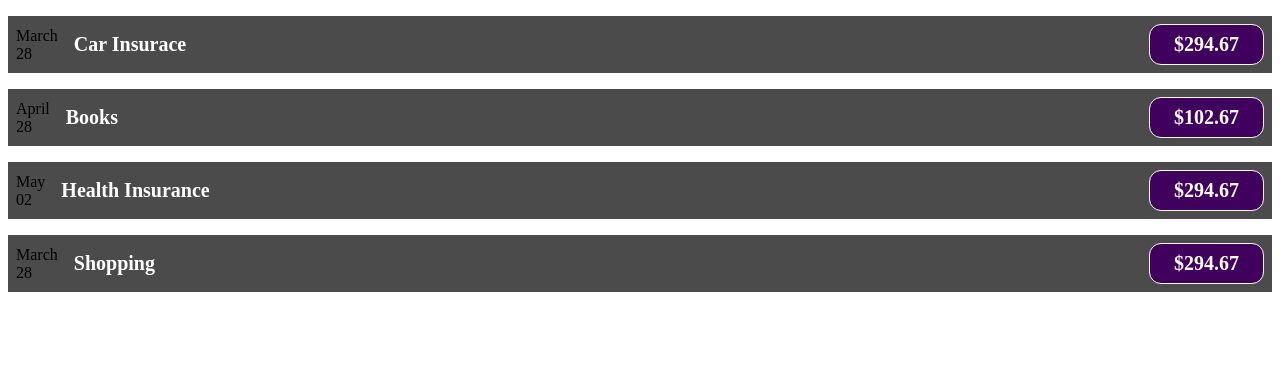
Repository: AbrorjonKuchkarov/expence-tracker-react
Page: /
These files come from the project's save history. The page is drawn as it stood at one moment and after the next save; the edit follows.
The browser window is 1280 px wide. The pictures show the whole page.
The project was rebuilt for these pictures with package versions that can differ from the ones it lists, and the page was loaded fresh each time. Also part of the build but not shown: src/App.css.

Above is the page before, as saved 2022-04-13 16:01:20.

After the next save:
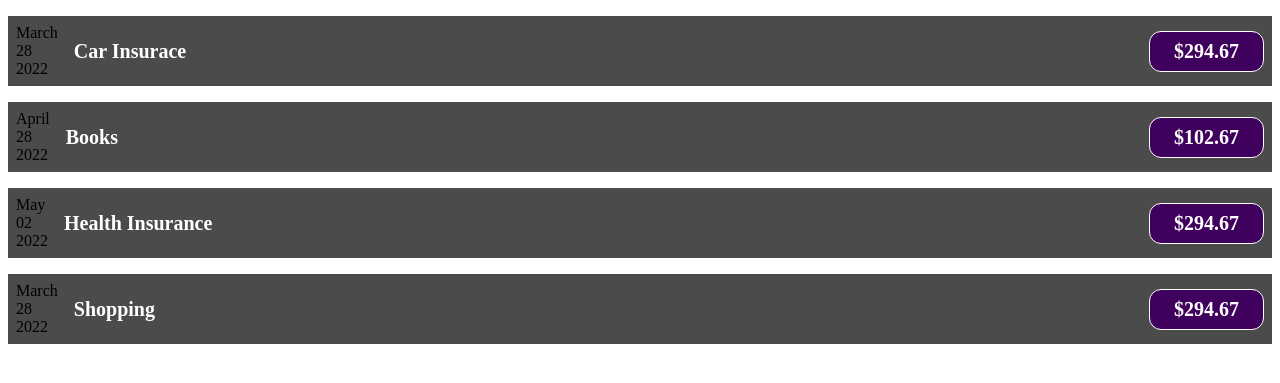
Saved 35 s later.
--- a/src/components/ExpenseItem.js
+++ b/src/components/ExpenseItem.js
@@ -4,12 +4,13 @@ import "./ExpenseItem.css";
 const ExpenseItem = (props) => {
   const month = props.date.toLocaleString("en-US", { month: "long" });
   const day = props.date.toLocaleString("en-US", { day: "2-digit" });
+  const year = props.date.getFullYear();
   return (
     <div className="expense-item">
       <div>
         <div>{month}</div>
         <div>{day}</div>
-        <div></div>
+        <div>{year}</div>
       </div>
       <div className="expense-item__description">
         <h2>{props.title}</h2>
